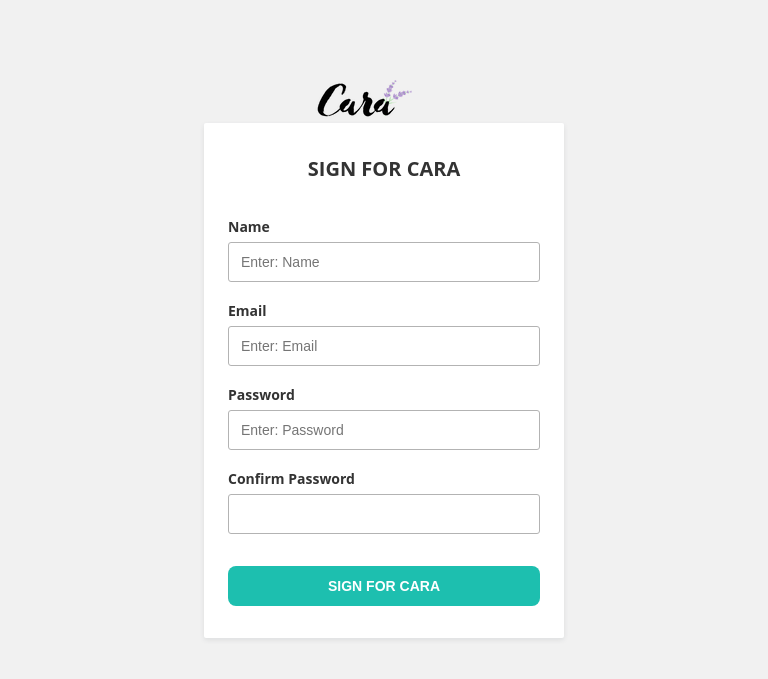
Repository: MinhNhatIT2901/Ecommerce
Page: sigin.html
An editor plug-in stored every save of this project. The page is shown before and after the next save, followed by the edit.
The browser window is 768 px wide. The pictures show the whole page.

Above is the page before, as saved 2022-01-12 17:13:12.

After the next save:
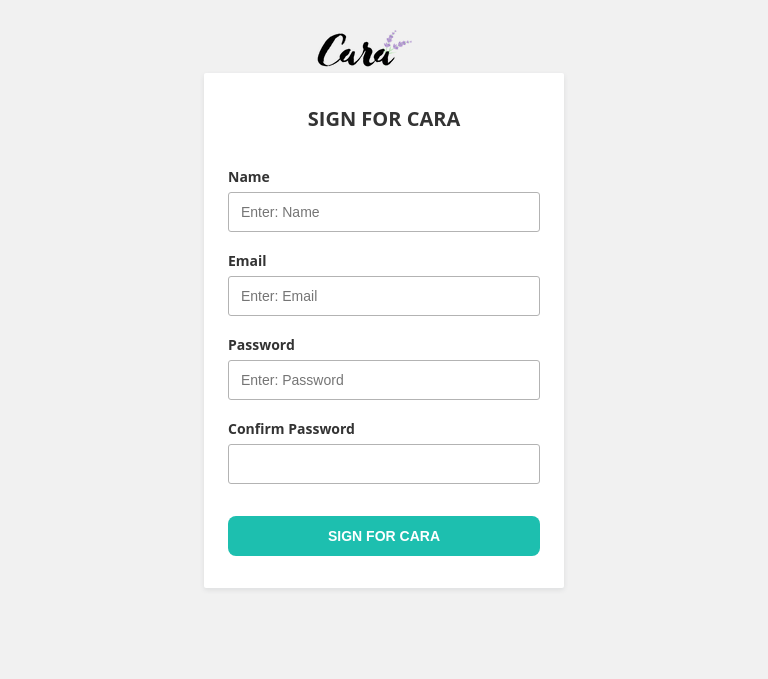
Saved 29 s later.
--- a/sigin/sigin.css
+++ b/sigin/sigin.css
@@ -116,6 +116,9 @@
     display: inline-block;
     text-align: center;
     width: 100%;
+  }
+
+  .logo {
     padding: 50px 0 30px;
   }
 

After the 2 saves that followed:
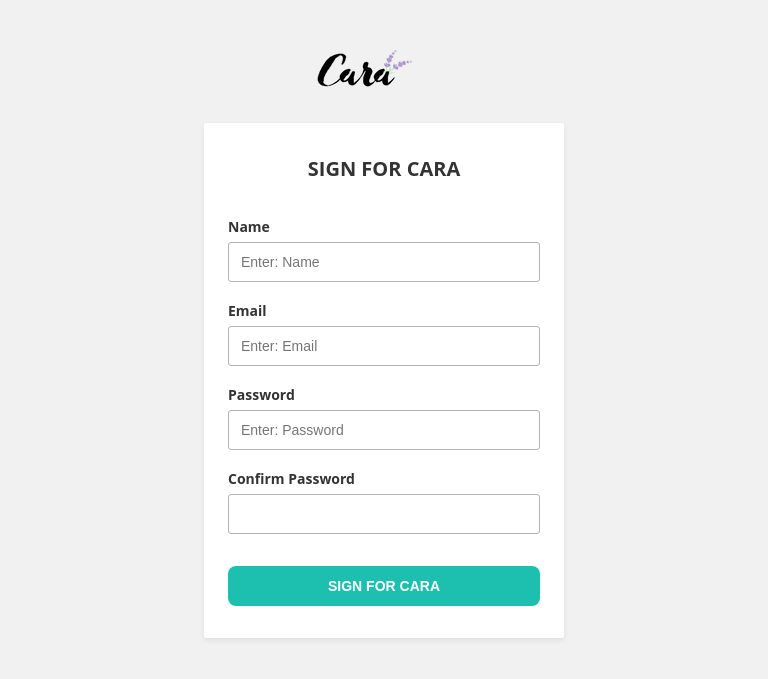
The 2 saves are shown as one change because 1 left the picture as it was.
The last was saved 29 s later.
--- a/sigin/sigin.css
+++ b/sigin/sigin.css
@@ -118,8 +118,8 @@
     width: 100%;
   }
 
-  .logo {
-    padding: 50px 0 30px;
+  .logo-img {
+    margin: 50px 0 30px;
   }
 
   .form {
